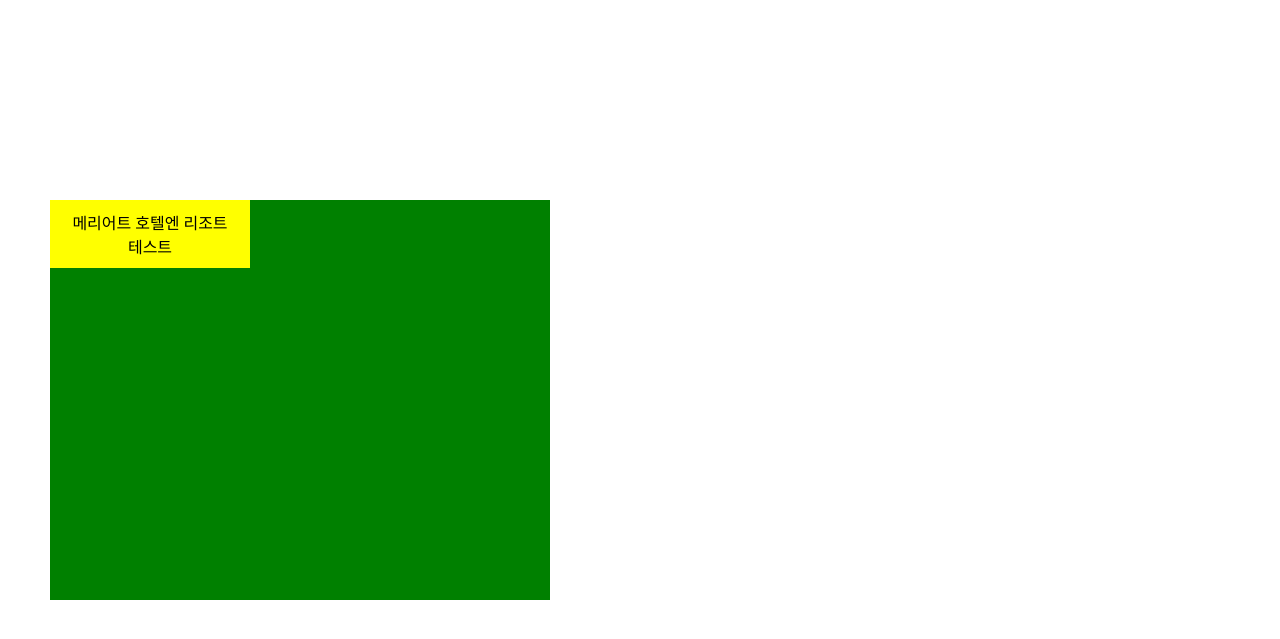
Repository: ziziziczic/kakao
Page: test.html
These files come from the project's save history. The page is drawn as it stood at one moment and after the next save; the edit follows.
The browser window is 1280 px wide. The pictures show the whole page.

Above is the page before, as saved 2023-07-12 21:46:48.

### test.html
<!DOCTYPE html>
<html lang="en">
<head>
    <meta charset="UTF-8">
    <meta name="viewport" content="width=device-width, initial-scale=1.0">
    <title>Document</title>
    <style>
        .box{}
    </style>
</head>
<body>
    <div class="container" style="position:absolute; left:50px; top:200px; width:500px; height: 400px; background: green;">
        <div class="box" style="width:auto;max-width:160px;background: yellow;padding:10px 20px; text-align: center; word-break:keep-all;">메리어트 호텔엔 리조트 테스트</div>
    </div>
</body>
</html>

After the next save:
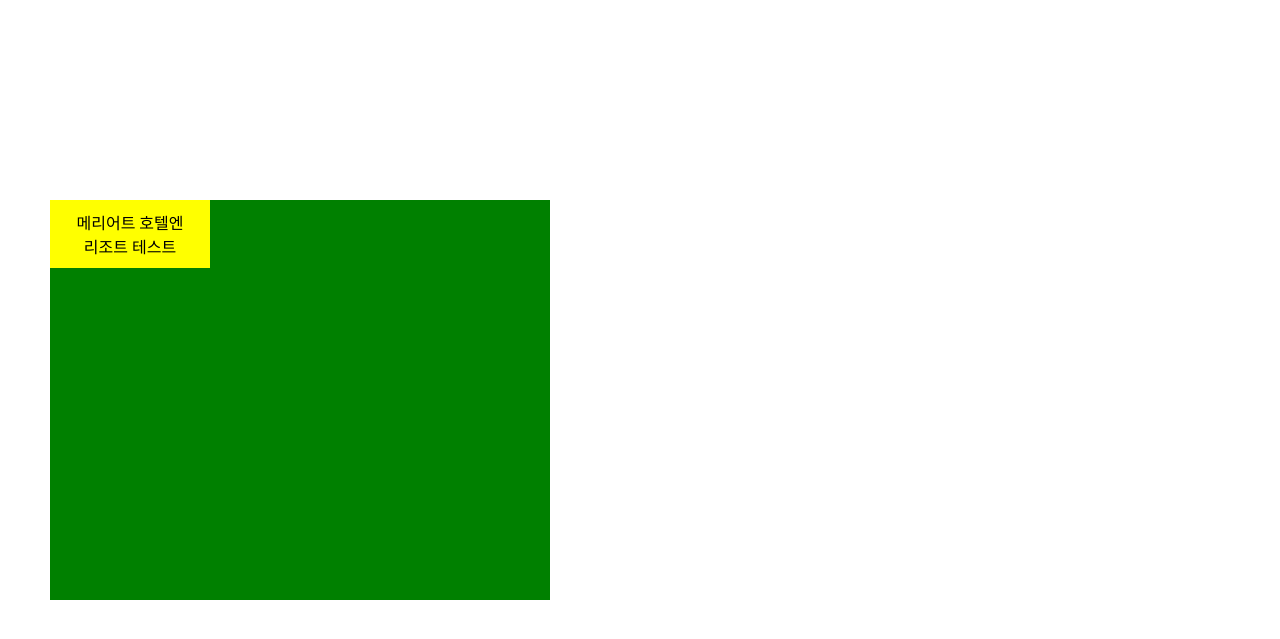
Saved 33 s later.
--- a/test.html
+++ b/test.html
@@ -10,7 +10,7 @@
 </head>
 <body>
     <div class="container" style="position:absolute; left:50px; top:200px; width:500px; height: 400px; background: green;">
-        <div class="box" style="width:auto;max-width:160px;background: yellow;padding:10px 20px; text-align: center; word-break:keep-all;">메리어트 호텔엔 리조트 테스트</div>
+        <div class="box" style="width:auto;max-width:160px;background: yellow;padding:10px 20px; text-align: center; word-break:keep-all;box-sizing: border-box;">메리어트 호텔엔 리조트 테스트</div>
     </div>
 </body>
 </html>
